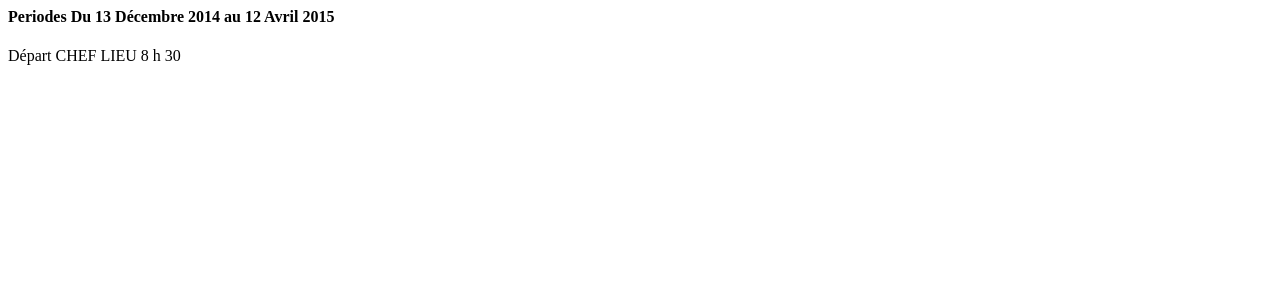
Repository: numericgraphics/Rosiere_Service
Page: www/templates/horaires.html
The author's editor kept a record of every edit. The page is drawn from the files as they stood at one moment, then again after the next edit.
The browser window is 1280 px wide. The pictures show the whole page.

Above is the page before.

After the next edit:
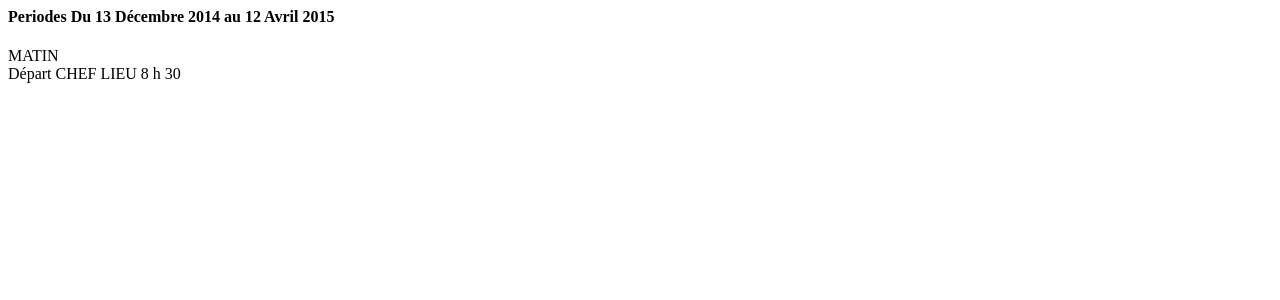
The edit:
--- a/www/templates/horaires.html
+++ b/www/templates/horaires.html
@@ -6,6 +6,10 @@
           <h4>Periodes Du 13 Décembre 2014 au 12 Avril 2015 </h4>
 
           <div class="list">
+
+          <div class="item item-divider">
+            MATIN
+          </div>
 
           <a class="item">
             Départ CHEF LIEU
